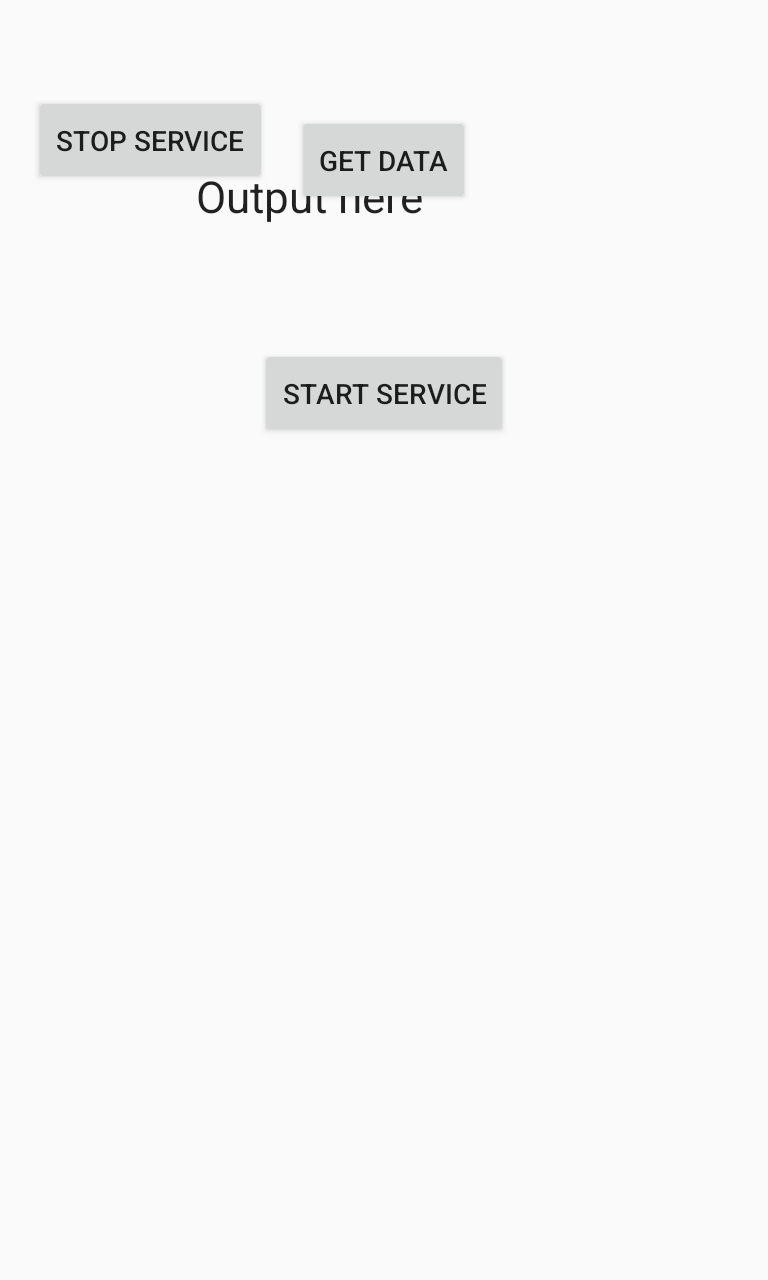
Repository: shivamgeek/Android-Code-Examples
Layout: boundServiceExample/res/layout/activity_main.xml
These files come from the project's save history. The layout is drawn as it stood at one moment and after the next save; the edit follows.
It is drawn on a 768 x 1280 px phone screen (xhdpi) without system bars, with theme AppTheme; the app's code is not run.

Above is the layout before, as saved 2015-12-03 04:33:00.

### boundServiceExample/res/layout/activity_main.xml
<RelativeLayout xmlns:android="http://schemas.android.com/apk/res/android"
    xmlns:tools="http://schemas.android.com/tools"
    android:layout_width="match_parent"
    android:layout_height="match_parent"
    android:paddingBottom="@dimen/activity_vertical_margin"
    android:paddingLeft="@dimen/activity_horizontal_margin"
    android:paddingRight="@dimen/activity_horizontal_margin"
    android:paddingTop="@dimen/activity_vertical_margin"
    tools:context="com.example.boundserviceexample.MainActivity" >

    <TextView
        android:id="@+id/tv"
        android:layout_width="wrap_content"
        android:layout_height="wrap_content"
        android:layout_alignParentLeft="true"
        android:layout_alignParentTop="true"
        android:layout_marginLeft="82dp"
        android:layout_marginTop="67dp"
        android:text="Output here"
        android:textAppearance="?android:attr/textAppearanceLarge" />

    <Button
        android:id="@+id/start"
        android:layout_width="wrap_content"
        android:layout_height="wrap_content"
        android:layout_below="@+id/tv"
        android:layout_centerHorizontal="true"
        android:layout_marginTop="60dp"
        android:text="Start Service" />

    <Button
        android:id="@+id/data"
        android:layout_width="wrap_content"
        android:layout_height="wrap_content"
        android:layout_below="@+id/b"
        android:layout_centerHorizontal="true"
        android:layout_marginTop="40dp"
        android:text="Get Data" />

    <Button
        android:id="@+id/stop"
        android:layout_width="wrap_content"
        android:layout_height="wrap_content"
        android:layout_alignLeft="@+id/button1"
        android:layout_below="@+id/button1"
        android:layout_marginTop="30dp"
        android:text="Stop Service" />

</RelativeLayout>

Loaded but not shown: boundServiceExample/res/values/styles.xml (common file); boundServiceExample/res/values-v11/styles.xml (common file); boundServiceExample/res/values-v14/styles.xml (common file); boundServiceExample/res/values/dimens.xml (common file); boundServiceExample/res/values-w820dp/dimens.xml (common file)

After the next save:
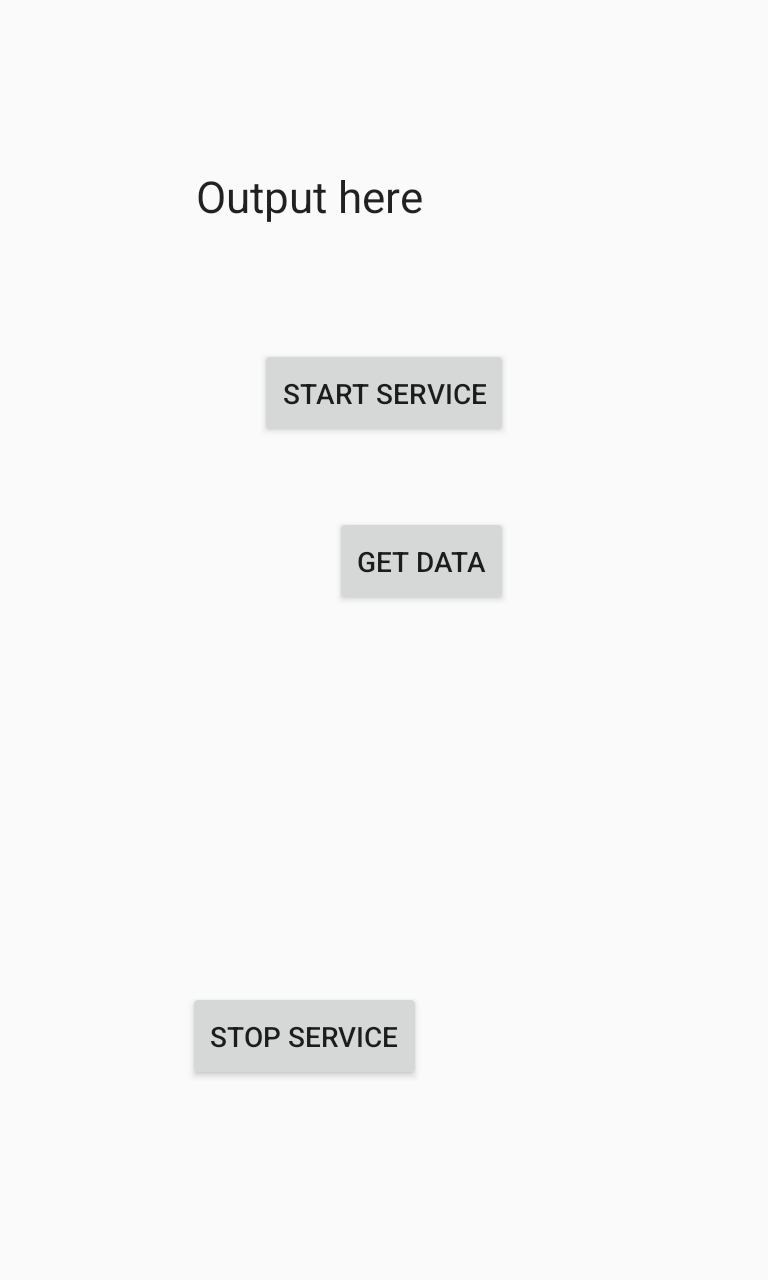
Saved 13 s later.
--- a/boundServiceExample/res/layout/activity_main.xml
+++ b/boundServiceExample/res/layout/activity_main.xml
@@ -29,21 +29,21 @@
         android:text="Start Service" />
 
     <Button
+        android:id="@+id/stop"
+        android:layout_width="wrap_content"
+        android:layout_height="wrap_content"
+        android:layout_alignParentBottom="true"
+        android:layout_alignRight="@+id/tv"
+        android:layout_marginBottom="82dp"
+        android:text="Stop Service" />
+
+    <Button
         android:id="@+id/data"
         android:layout_width="wrap_content"
         android:layout_height="wrap_content"
-        android:layout_below="@+id/b"
-        android:layout_centerHorizontal="true"
-        android:layout_marginTop="40dp"
+        android:layout_alignRight="@+id/start"
+        android:layout_below="@+id/start"
+        android:layout_marginTop="36dp"
         android:text="Get Data" />
 
-    <Button
-        android:id="@+id/stop"
-        android:layout_width="wrap_content"
-        android:layout_height="wrap_content"
-        android:layout_alignLeft="@+id/button1"
-        android:layout_below="@+id/button1"
-        android:layout_marginTop="30dp"
-        android:text="Stop Service" />
-
 </RelativeLayout>
